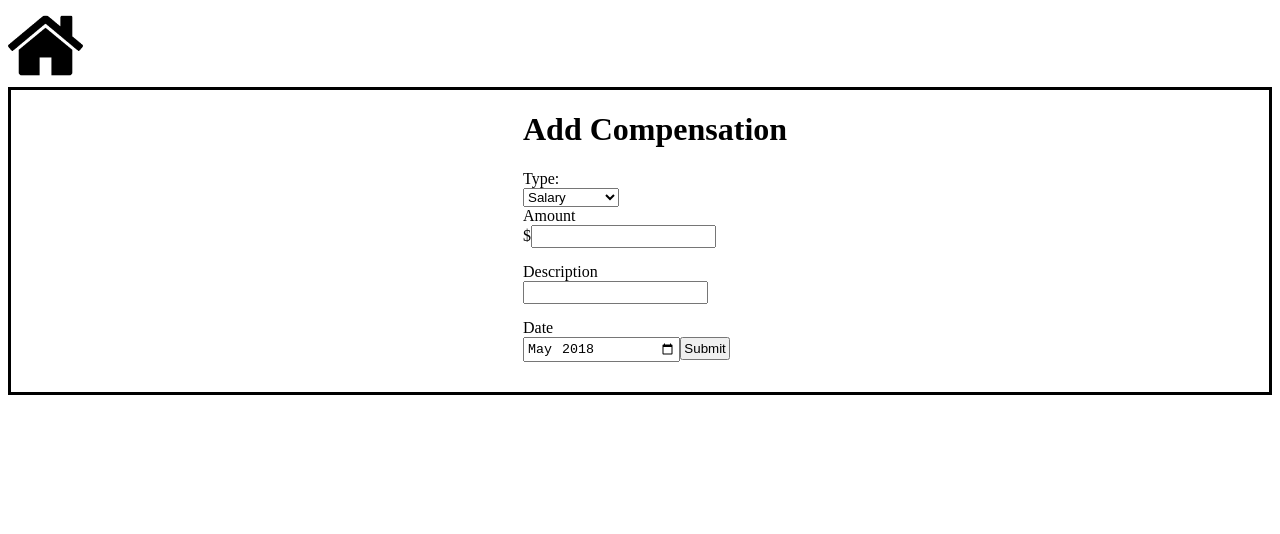
Repository: ticross18/SpringBootEmployeeSystem
Page: EmploymentSystem/src/main/resources/static/addComp.html
The author's editor kept a copy of each file at every save. The page is drawn from the files as they stood at one save, then again after the next save.
The browser window is 1280 px wide. The pictures show the whole page.

Above is the page before, as saved 2022-05-17 18:30:11.

### EmploymentSystem/src/main/resources/static/addComp.html
<!DOCTYPE html>
<html>
<head>
	<title>Add Compensation</title>
	<meta charset="UTF-8">
	<meta name="viewport" content="width=device-width, initial-scale=1.0">
	<link href="css/screens.css" rel="stylesheet" type="text/css">
</head>
<body>

<a href="/"><img src="images/homeIcon2.png" id="homeButton" alt="home button"></a>

<div id="addEmpBox" >
<h1 id="title">Add Compensation</h1>


 <form id="userInput">
        	<label for="type">Type:</label><br>
			<select name="type" id="type">
			  <option value="volvo">Salary</option>
			  <option value="saab">Bonus</option>
			  <option value="mercedes">Commission</option>
			  <option value="audi">Allowance</option>
			  <option value="audi">Adjustment</option>
			</select><br>

            <label for="amount" style="margin-top:100px;">Amount</label><br>
            $<input type="number" id="amount" name="amount"><br>

            <label for="lname">Description </label><br>
            <input type="text" id="description" name="description"><br>

            <label for="dob">Date</label><br>
            <input type="month" id="end" name="end"
     		  min="2018-03" value="2018-05">
            <input type="submit" id="submit" name ="submit"/>
        </tr>
 </form>
</div>

</body>
</html>

### EmploymentSystem/src/main/resources/static/css/screens.css
.container {
   display: flex;

}

#homeButton{
	width:75px;
	height:75px;
	position: relative;
}

.asterisk{
	color: red;
}

#addEmpBox {
	padding-left: 40vw;
	border: 3px solid rgb(0, 0, 0);
	padding-bottom: 15px;
}

#addEmpBox input {
	margin-bottom: 15px;
	padding: 2px;
}

#SearchEmpBox {
	border: 3px solid rgb(0, 0, 0);
	padding-bottom: 15px;
	margin-right: 15vw;
	text-align: center;
}

#userInput {
	display:inline-table;
}

#results {
	border: 2px solid black;
	margin: 10px;
	background-color: lightgrey;
	border-collapse: collapse;
	margin:  3vh 3vw;
}

#results th {
	padding: 2vh 3vw;
	border-left: 1px solid #000;
    border-right: 1px solid #000;
}

#results td {
	padding: 1vh 3vw ;
	border-left: 1px solid #000;
    border-right: 1px solid #000;

}

#finalEdit{
	text-align: left;
	position: left;
}

button.optionButtons {
	border-radius: 10px;
	margin-top: 10px;
	margin-right: 10vw;
	height: 5vh;
	border: 3px solid rgb(0, 0, 0);
}

button.optionButtons:active {
  box-shadow: 0 5px #666;
  transform: translateY(4px);
}

button.optionButtons:hover {
  background-color: rgb(255, 255, 128);
  cursor: pointer;
}

#dateRange {
	border: 3px solid rgb(0, 0, 0);
	width:fit-content;
	margin: 3vh;
	padding: 2vh;
}



.monthDropDown {
	width:110px;
}


tr.entries:hover {
  background-color: white;
  cursor: pointer;
}

h3 {
	background-color: lightgrey;

}

After the next save:
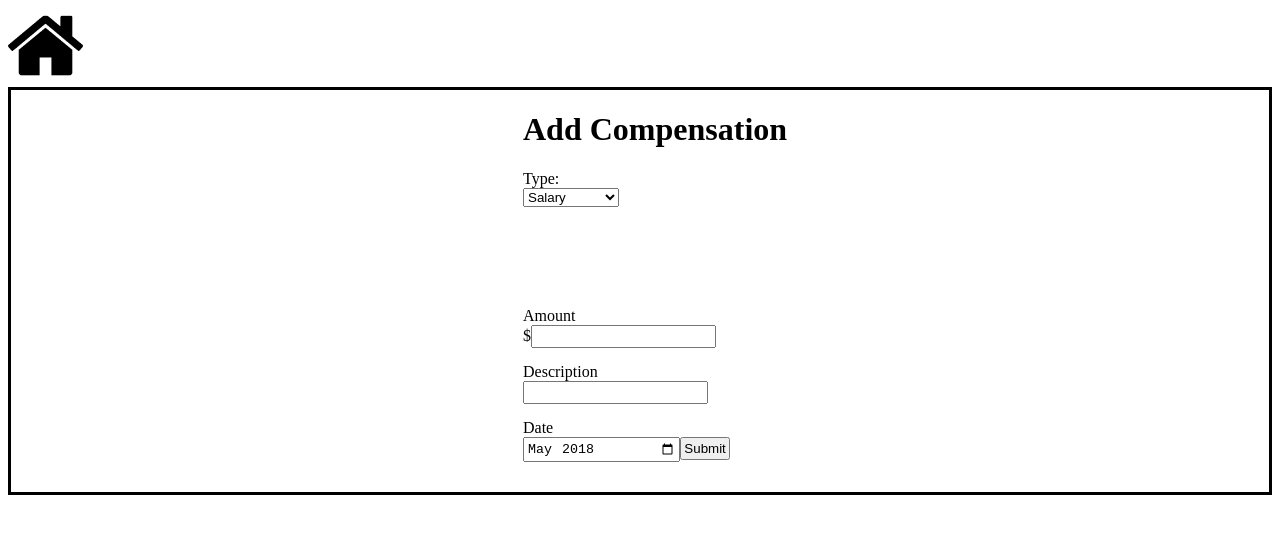
Saved 20 s later.
--- a/EmploymentSystem/src/main/resources/static/addComp.html
+++ b/EmploymentSystem/src/main/resources/static/addComp.html
@@ -16,7 +16,7 @@
 
  <form id="userInput">
         	<label for="type">Type:</label><br>
-			<select name="type" id="type">
+			<select name="type" id="type" style="margin-bottom:100px;">
 			  <option value="volvo">Salary</option>
 			  <option value="saab">Bonus</option>
 			  <option value="mercedes">Commission</option>
@@ -24,7 +24,7 @@
 			  <option value="audi">Adjustment</option>
 			</select><br>
 
-            <label for="amount" style="margin-top:100px;">Amount</label><br>
+            <label for="amount">Amount</label><br>
             $<input type="number" id="amount" name="amount"><br>
 
             <label for="lname">Description </label><br>
